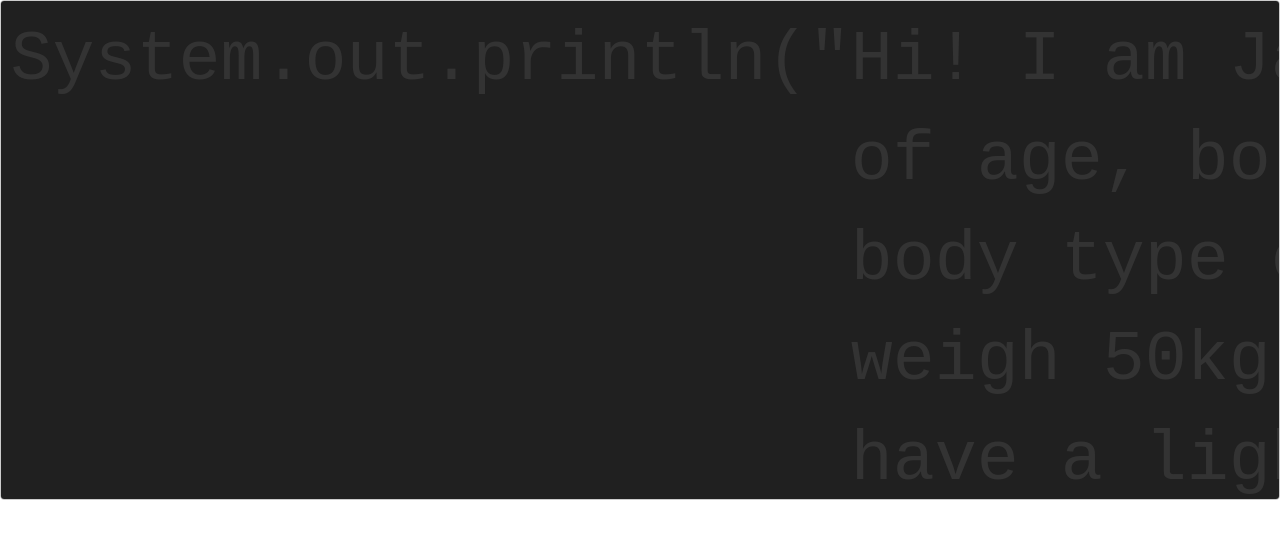
Repository: janry-gracia/Divinagracia_FinalProject
Page: Pages/storyofmylife.html
These files come from the project's save history. The page is drawn as it stood at one moment and after the next save; the edit follows.
The browser window is 1280 px wide. The pictures show the whole page.
An inner scrolling area shows only its first screen.

Above is the page before, as saved 2021-05-17 23:01:48.
Console error: TypeError: Cannot read properties of null (reading 'addEventListener')

### Pages/storyofmylife.html
<!DOCTYPE html>
<html lang="en">
<head>
    <meta charset="UTF-8">
    <meta http-equiv="X-UA-Compatible" content="IE=edge">
    <meta name="viewport" content="width=device-width, initial-scale=1.0">
    <title>Story of My Life</title>
    <link rel="stylesheet" href="/css/bootstrap.css">
    <link rel="stylesheet" href="/css/storyofmylife.css">
</head>
<body>

    <div class="container-fluid ">

        <div class="container-fluid ">
            <pre class="message">System.out.println("Hi! I am Jan Ryan Divinagracia, 19 years
                    of age, born on March 25, 2001. I have a
                    body type of a skinny person, I only
                    weigh 50kg with a height of 1.65m. I
                    have a light brown skin, brown eyes,
                    crooked teeth and with a kissable lips.
                    People that know me, see me as a
                    caring and a crazy person.")</pre>
</div>


    </div>


    <script src ="/js/jquery-3.6.0.min.js"></script>
    <script src="/js/bootstrap.js"></script>
    <script src="/js/script.js"></script>

</body>
</html>

### css/storyofmylife.css
@import url('https://fonts.googleapis.com/css2?family=Fira+Code:wght@300;400;500&display=swap');

*{
    padding: 0;
    margin: 0;
    box-sizing: border-box;
}

html, body{
    height: 100%;
    width: 100%;
    overflow: hidden;

}

.container-fluid{
    padding: 0;
    margin: 0;
    box-sizing: border-box;
}

.message{
    height: 500px;
    background-color: rgb(32, 32, 32);
    font-family: 'Fire Code', monospace;
    font-size: 5em;
}

### js/script.js
let btn1= document.querySelector(".box1");
let btn2 = document.querySelector(".box2");
let text = document.querySelector(".greeting");
let frontpage = document.querySelector(".frontpage");
let secondpage = document.querySelector(".secondpage");
let button = document.querySelector(".button");
let logo = document.querySelector(".logo");



btn1.addEventListener("click", function() {
    btn1.classList.add("box1transition");
    btn1.style.transition = "transform 3s";
    btn2.classList.add("box2transition");
    btn2.style.transition = "transform 3s";
    text.style.animationName = "hidecontent";

    setTimeout(function () {
        window.open('Pages/backpage.html', '_self');
    }, 2500);

});


btn2.addEventListener("click", function() {
    btn1.classList.add("box1transition");
    btn1.style.transition = "transform 3s";
    btn2.classList.add("box2transition");
    btn2.style.transition = "transform 3s";
    text.style.animationName = "hidecontent";
    setTimeout(function () {
        window.open('Pages/backpage.html', '_self');
    }, 2500);

});


text.addEventListener("click", function() {
    btn1.classList.add("box1transition");
    btn1.style.transition = "transform 3s";
    btn2.classList.add("box2transition");
    btn2.style.transition = "transform 3s";
    text.style.animationName = "hidecontent";
    setTimeout(function () {
        window.open('Pages/backpage.html', '_self');
    }, 2500);

});

Loaded but not shown: css/bootstrap.css (library); js/jquery-3.6.0.min.js (library); js/bootstrap.js (library)

After the next save:
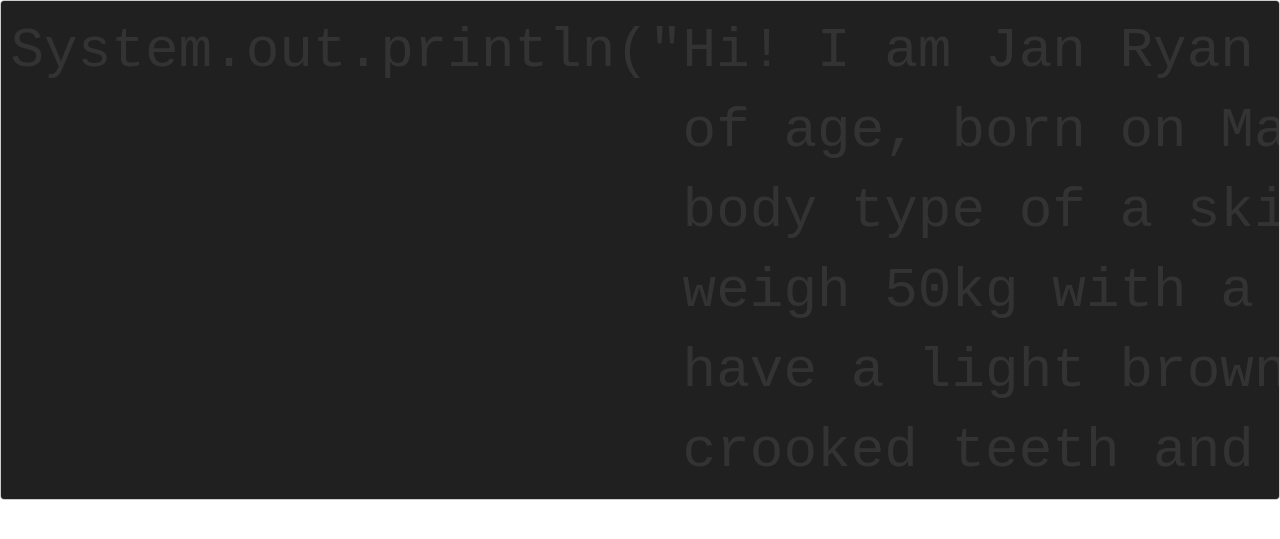
Saved 10 s later.
--- a/css/storyofmylife.css
+++ b/css/storyofmylife.css
@@ -23,5 +23,5 @@ html, body{
     height: 500px;
     background-color: rgb(32, 32, 32);
     font-family: 'Fire Code', monospace;
-    font-size: 5em;
+    font-size: 4em;
 }
